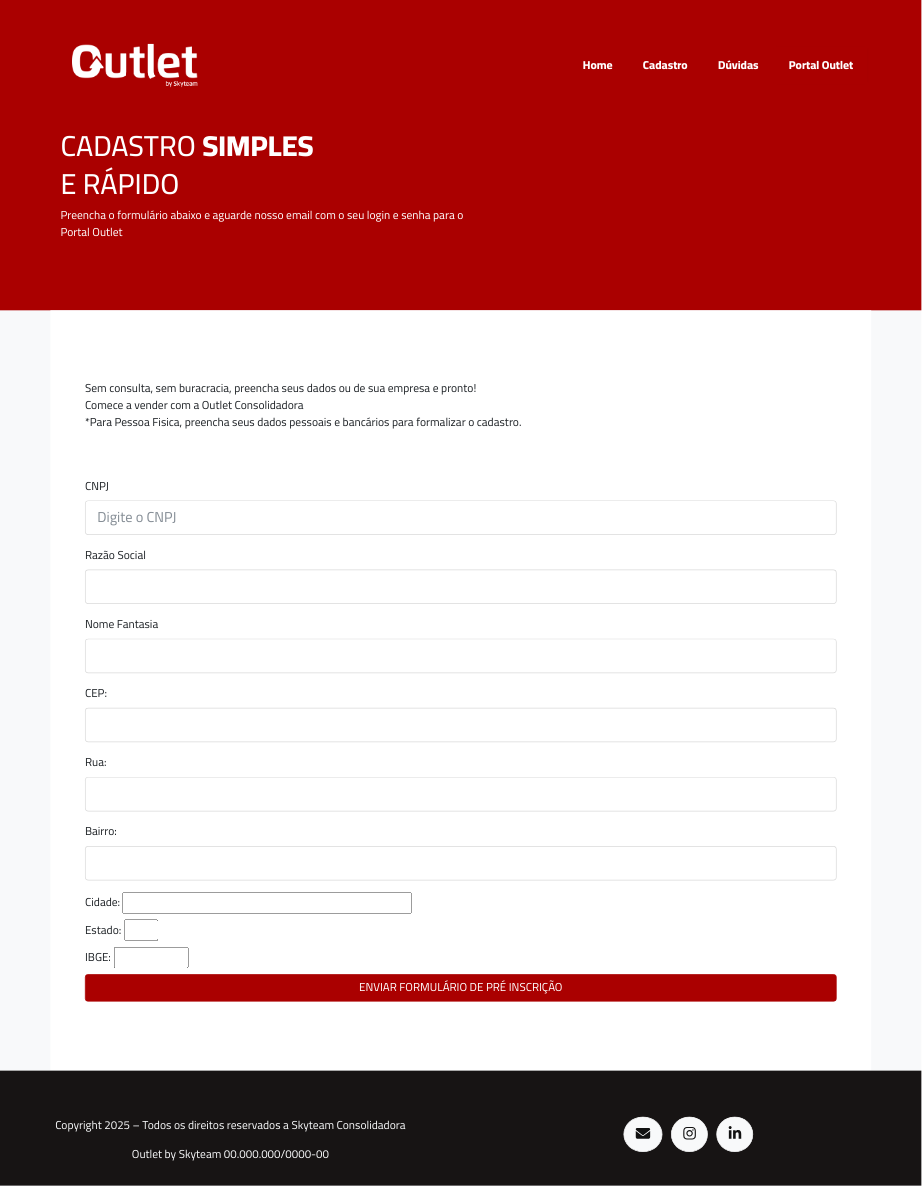
Repository: SkyTeam-Dev/Outlet_Site
Page: Site/Template_Page.html
The author's editor kept a copy of each file at every save. The page is drawn from the files as they stood at one save, then again after the next save.
The browser window is 1280 px wide. The pictures show the whole page, at 72% of full size.
Some web libraries are served in a nearby version.

Above is the page before, as saved 2025-03-25 18:44:12.

After the next save:
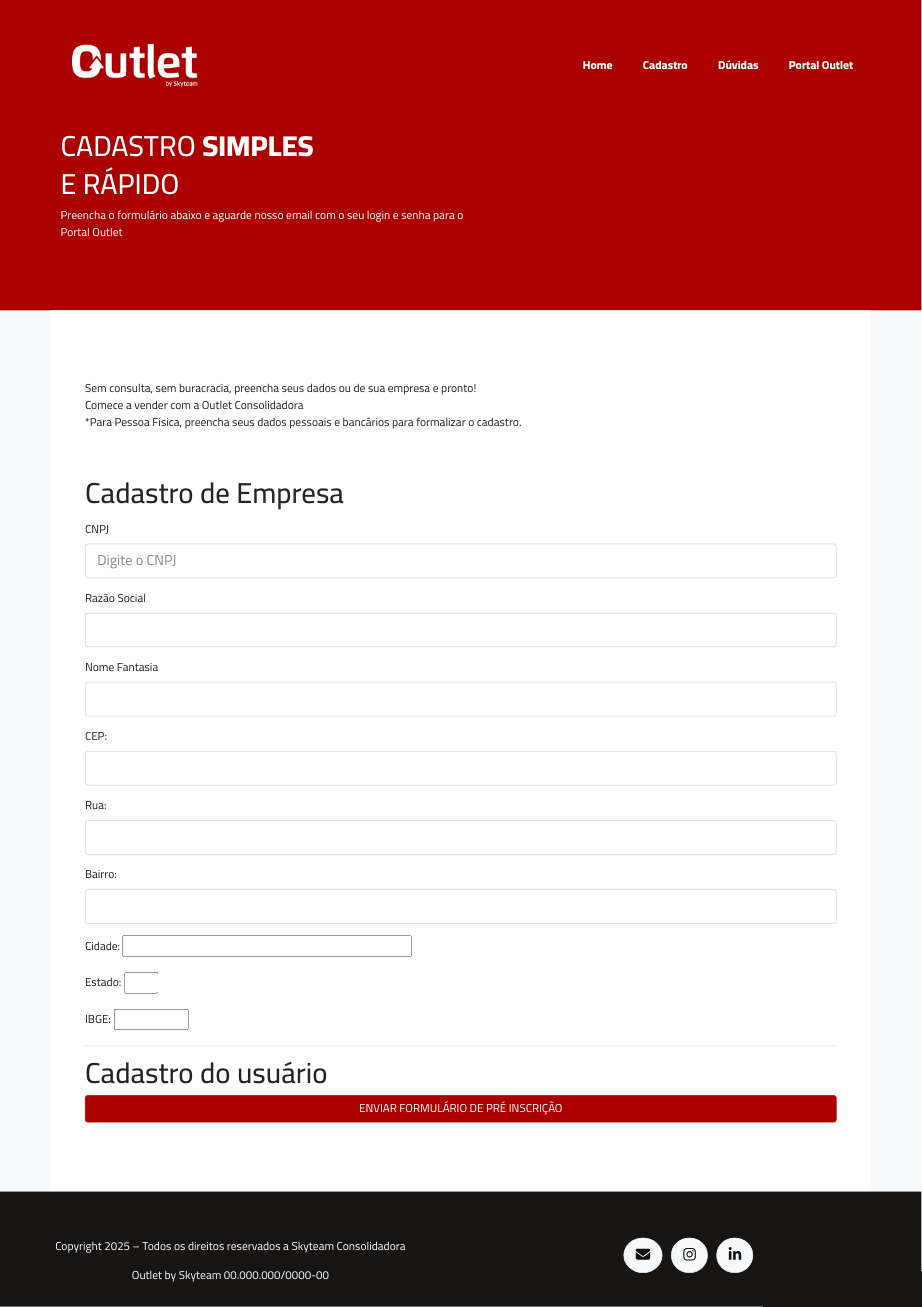
Saved 2 min 10 s later.
--- a/Site/Template_Page.html
+++ b/Site/Template_Page.html
@@ -255,6 +255,9 @@
 
                             <action="#" class="" name="Cadastro-Outlet">
                                 <div class="form-group">
+                                    <h1>Cadastro de Empresa</h1>
+                                </div>
+                                <div class="form-group">
                                     <label for="CNPJ_Busca">CNPJ</label>
                                     <input type="text" class="form-control form-control-lg" id="CNPJ_Busca"
                                         placeholder="Digite o CNPJ">
@@ -272,7 +275,8 @@
                                     <input type="hidden" class="form-control form-control-lg" id="simples">
                                     <input type="hidden" class="form-control form-control-lg" id="mei">
                                     <input type="hidden" class="form-control form-control-lg" id="atividadePrincipal">
-                                    <input type="hidden" class="form-control form-control-lg" id="atividadesSecundarias">
+                                    <input type="hidden" class="form-control form-control-lg"
+                                        id="atividadesSecundarias">
                                     <input type="hidden" class="form-control form-control-lg" id="socios">
                                 </div>
 
@@ -291,16 +295,24 @@
                                     <input name="bairro" class="form-control form-control-lg" type="text" id="bairro"
                                         size="40" />
                                 </div>
-                                <label>Cidade:
-                                    <input name="cidade" type="text" id="cidade" size="40" /></label><br />
-                                <label>Estado:
-                                    <input name="uf" type="text" id="uf" size="2" /></label><br />
-                                <label>IBGE:
-                                    <input name="ibge" type="text" id="ibge" size="8" /></label><br />
-
+                                <div class="form-group">
+                                    <label>Cidade:</label>
+                                    <input name="cidade" type="text" id="cidade" size="40" />
+                                </div>
+                                <div class="form-group">
+                                    <label>Estado:</label>
+                                    <input name="uf" type="text" id="uf" size="2" />
+                                </div>
+                                <div class="form-group">
+                                    <label>IBGE:</label>
+                                    <input name="ibge" type="text" id="ibge" size="8" />
+                                </div>
+                                <hr />
+                                <h1>Cadastro do usuário</h1>
 
                                 <!-- Adicione outros campos conforme necessário -->
-                                <button type="submit" class="btn btn-primary btn-block">ENVIAR FORMULÁRIO DE PRÉ INSCRIÇÃO</button>
+                                <button type="submit" class="btn btn-primary btn-block">ENVIAR FORMULÁRIO DE PRÉ
+                                    INSCRIÇÃO</button>
 
 
 
